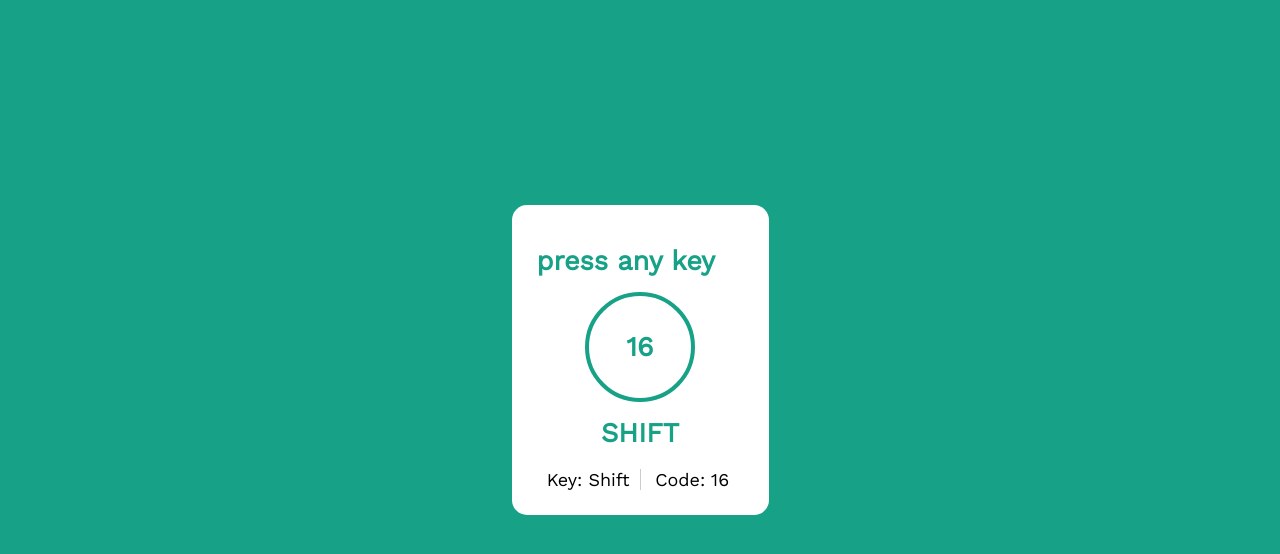
Repository: youssef168/Key-Detection
Page: index.htm
These files come from the project's save history. The page is drawn as it stood at one moment and after the next save; the edit follows.
The browser window is 1280 px wide. The pictures show the whole page.

Above is the page before, as saved 2021-12-17 13:20:31.

### index.htm
<!DOCTYPE html>
<html lang="en">
<head>
    <meta charset="UTF-8">
    <meta http-equiv="X-UA-Compatible" content="IE=edge">
    <meta name="viewport" content="width=device-width, initial-scale=1.0">
    <link rel="stylesheet" href="./style.css">
    <title>Key Detection</title>
</head>
<body>
    <div class="box">
        <p class="text">press any key</p>
        <div class="content">
            <div class="key-code">16</div>
            <div class="key-name">SHIFT</div>
            <div class="details">
                <p class="key">Key: <span>Shift</span></p>
                <p class="code">Code: <span>16</span></p>
            </div>
        </div>
    </div>

    <script src="./script.js"></script>
</body>
</html>

### style.css
@import url("https://fonts.googleapis.com/css2?family=Work+Sans:ital,wght@0,300;0,400;1,400;1,500&display=swap");

* {
  font-family: "Work Sans", sans-serif;
  box-sizing: border-box;
  padding: 0;
  margin: 0;
}

ul li {
  list-style: none;
}

body {
    display: flex;
    justify-content: center;
    align-items: center;
    min-height: 100vh;
    margin: auto;
    background-color: #17A288;
}

.box {
    background: #fff;
    padding: 25px;
    width: 257px;
    border-radius: 15px;
}

.content, .key-code, .details {
    display: flex;
    align-items: center;
    justify-content: center;
}

.box .content {
    flex-direction: column;
}
.key-code {
    border: 4px solid #17A288;
    border-radius: 50%;
    width: 110px;
    height: 110px;
    font-size: 27px;
}

.text ,.key-code, .key-name {
    font-size: 27px;
    font-weight:bold;
    color: #17A288;
    margin-top: 15px;
}

.details {
    width: 100%;
    justify-content: space-between;
    margin-top: 20px;
}

.details p {
    font-size: 18px;
    width: 100%;
    text-align: center;
}

.details p:last-child {
    border-left: 1px solid #ccc;
}

Loaded but not shown: script.js (no stored copy; drawn as an empty file)

After the next save:
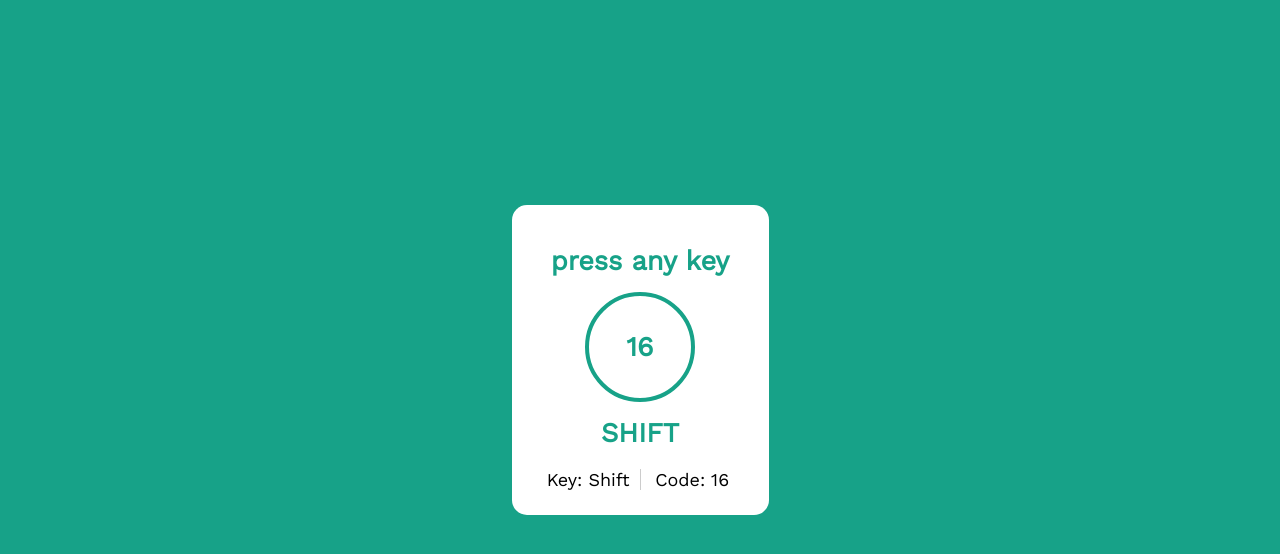
Saved 21 s later.
--- a/style.css
+++ b/style.css
@@ -51,6 +51,10 @@ body {
     margin-top: 15px;
 }
 
+.text {
+    text-align: center;
+}
+
 .details {
     width: 100%;
     justify-content: space-between;
